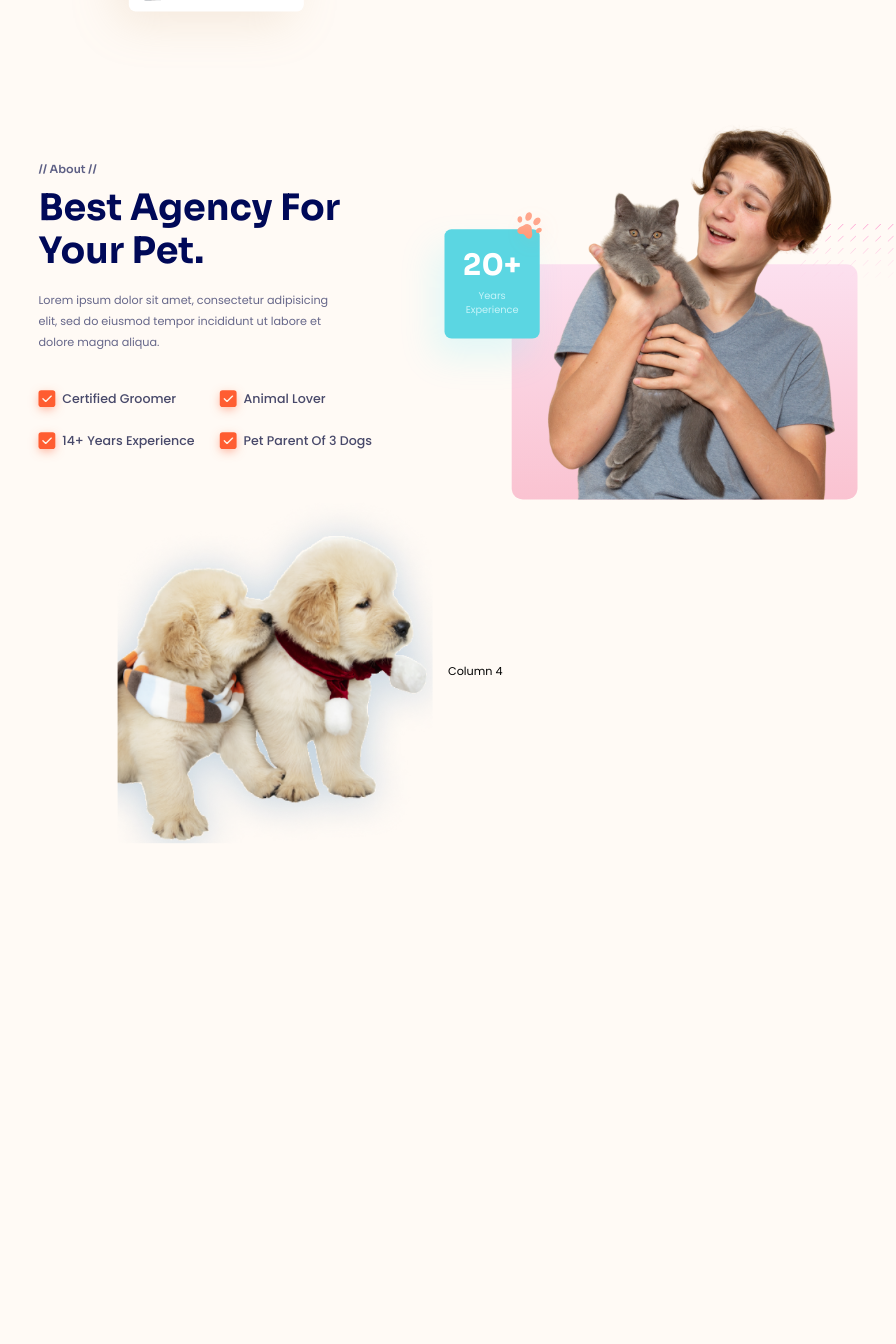
Repository: empty24062002/f8-project-05
Page: index.html
The author's editor kept a copy of each file at every save. The page is drawn from the files as they stood at one save, then again after the next save.
The browser window is 1280 px wide. The pictures show the part of the page from y = 742 to 2662 px (the page is 10896 px tall), at 70% of full size.

Above is the page before, as saved 2023-09-11 10:59:43.

### index.html
<!DOCTYPE html>
<html lang="en">
    <head>
        <meta charset="UTF-8" />
        <meta name="viewport" content="width=device-width, initial-scale=1.0" />
        <title>Lucy</title>
        <!-- favicon -->
        <link
            rel="apple-touch-icon"
            sizes="57x57"
            href="./assets/favicon/apple-icon-57x57.png"
        />
        <link
            rel="apple-touch-icon"
            sizes="60x60"
            href="./assets/favicon/apple-icon-60x60.png"
        />
        <link
            rel="apple-touch-icon"
            sizes="72x72"
            href="./assets/favicon/apple-icon-72x72.png"
        />
        <link
            rel="apple-touch-icon"
            sizes="76x76"
            href="./assets/favicon/apple-icon-76x76.png"
        />
        <link
            rel="apple-touch-icon"
            sizes="114x114"
            href="./assets/favicon/apple-icon-114x114.png"
        />
        <link
            rel="apple-touch-icon"
            sizes="120x120"
            href="./assets/favicon/apple-icon-120x120.png"
        />
        <link
            rel="apple-touch-icon"
            sizes="144x144"
            href="./assets/favicon/apple-icon-144x144.png"
        />
        <link
            rel="apple-touch-icon"
            sizes="152x152"
            href="./assets/favicon/apple-icon-152x152.png"
        />
        <link
            rel="apple-touch-icon"
            sizes="180x180"
            href="./assets/favicon/apple-icon-180x180.png"
        />
        <link
            rel="icon"
            type="image/png"
            sizes="192x192"
            href="./assets/favicon/android-icon-192x192.png"
        />
        <link
            rel="icon"
            type="image/png"
            sizes="32x32"
            href="./assets/favicon/favicon-32x32.png"
        />
        <link
            rel="icon"
            type="image/png"
            sizes="96x96"
            href="./assets/favicon/favicon-96x96.png"
        />
        <link
            rel="icon"
            type="image/png"
            sizes="16x16"
            href="./assets/favicon/favicon-16x16.png"
        />
        <link rel="manifest" href="./assets/favicon/manifest.json" />
        <meta name="msapplication-TileColor" content="#ffffff" />
        <meta
            name="msapplication-TileImage"
            content="./assets/favicon/ms-icon-144x144.png"
        />
        <meta name="theme-color" content="#ffffff" />
        <!-- reset CSS -->
        <link rel="stylesheet" href="./assets/css/reset.css" />
        <!-- embed font -->
        <link rel="preconnect" href="https://fonts.googleapis.com" />
        <link rel="preconnect" href="https://fonts.gstatic.com" crossorigin />
        <link
            href="https://fonts.googleapis.com/css2?family=Poppins:wght@300;400;500;600&family=Sora:wght@600;700;800&display=swap"
            rel="stylesheet"
        />
        <!-- style css -->
        <link rel="stylesheet" href="./assets/css/styles.css" />
    </head>
    <body>
        <!-- header -->
        <header class="header">
            <div class="container">
                <div class="header__inner">
                    <!-- logo -->
                    <a href="#!">
                        <img
                            src="./assets/img/logo.svg"
                            alt="Lucy"
                            class="header__logo"
                        />
                    </a>
                    <!-- navbar -->
                    <nav class="navbar">
                        <ul class="navbar__list">
                            <li class="navbar__item">
                                <a href="#!" class="navbar__link"> Home </a>
                            </li>
                            <li class="navbar__item">
                                <a href="#!" class="navbar__link"> About </a>
                            </li>
                            <li class="navbar__item">
                                <a href="#!" class="navbar__link"
                                    >Services & Rates
                                </a>
                            </li>
                            <li class="navbar__item">
                                <a href="#!" class="navbar__link"> Reviews </a>
                            </li>
                            <li class="navbar__item">
                                <a href="#!" class="navbar__link">
                                    Contacts us
                                </a>
                            </li>
                        </ul>
                    </nav>
                    <!-- header action -->
                    <div class="header-action">
                        <a href="#!" class="header-action__link">Sign in</a>
                        <a href="#!" class="btn header-action__btn">Sign up</a>
                    </div>
                </div>
            </div>
        </header>
        <!-- hero -->
        <section class="hero">
            <div class="container">
                <div class="hero__inner">
                    <!-- hero media -->
                    <div class="hero__media">
                        <div class="hero__img-wrap">
                            <img
                                src="./assets/img/hero__img1.png"
                                alt=""
                                class="hero__img"
                            />

                            <!-- Decorators -->
                            <img
                                src="./assets/img/decor__01.svg"
                                alt=""
                                class="hero__decor hero__decor-left"
                            />
                            <img
                                src="./assets/img/decor__02.svg"
                                alt=""
                                class="hero__decor hero__decor-right"
                            />
                        </div>
                        <div class="hero__img-wrap hero__img-wrap-small">
                            <img
                                src="./assets/img/hero__img2.png"
                                alt=""
                                class="hero__img"
                            />
                        </div>

                        <div class="hero__list">
                            <!-- hero list item 1 -->
                            <section class="hero-list-item">
                                <img
                                    src="./assets/img/hero__img3.png"
                                    alt=""
                                    class="hero-list-item__thump"
                                />
                                <div class="hero-list-item__info">
                                    <p class="hero-list-item__title">
                                        Pet Health
                                    </p>
                                    <div class="hero-list-item__skeleton"></div>
                                    <div
                                        class="hero-list-item__skeleton"
                                        style="--width: 39px"
                                    ></div>
                                </div>
                            </section>

                            <div class="hero-list-item__separate"></div>
                            <!-- hero list item 2 -->
                            <section class="hero-list-item">
                                <img
                                    src="./assets/img/hero__img4.png"
                                    alt=""
                                    class="hero-list-item__thump"
                                />
                                <div class="hero-list-item__info">
                                    <p class="hero-list-item__title">
                                        Pet care
                                    </p>
                                    <div class="hero-list-item__skeleton"></div>
                                    <div
                                        class="hero-list-item__skeleton"
                                        style="--width: 39px"
                                    ></div>
                                </div>
                            </section>
                        </div>
                    </div>
                    <!-- hero content -->
                    <section class="hero__content">
                        <h1 class="hero__heading">
                            Established & Trusted Pet Care Service
                        </h1>
                        <p class="hero__desc">
                            Discover a wide variety of Pawsitive services to
                            choose from, including daycare, private walks,
                            office duty and spa.
                        </p>
                        <div class="hero__row">
                            <a href="#!" class="btn btn--primary hero__cta-btn">
                                Book a Meet
                                <span class="btn__icon">
                                    <svg
                                        width="5"
                                        height="6"
                                        viewBox="0 0 5 6"
                                        fill="none"
                                        xmlns="http://www.w3.org/2000/svg"
                                    >
                                        <path
                                            d="M1.48584 0.5L3.98584 3L1.48584 5.5"
                                            stroke="#FD5056"
                                            stroke-linecap="round"
                                            stroke-linejoin="round"
                                        />
                                    </svg>
                                </span>
                            </a>
                            <a href="#!" class="hero__cta-link">
                                Schedule a Call
                            </a>
                        </div>
                    </section>
                </div>
            </div>
        </section>
        <main style="height: 10000px">
            <!-- about -->
            <section class="about">
                <div class="container">
                    <div class="about__inner">
                        <section class="about__content">
                            <p class="about__lable">// About //</p>
                            <h2 class="about__heading section-heading">
                                Best Agency For Your Pet.
                            </h2>
                            <p class="about__desc section-desc">
                                Lorem ipsum dolor sit amet, consectetur
                                adipisicing elit, sed do eiusmod tempor
                                incididunt ut labore et dolore magna aliqua.
                            </p>
                            <div class="about__checklist">
                                <span class="about__check-item">
                                    Certified Groomer
                                </span>
                                <span class="about__check-item">
                                    Animal Lover
                                </span>
                                <span class="about__check-item">
                                    14+ Years Experience
                                </span>
                                <span class="about__check-item">
                                    Pet Parent Of 3 Dogs
                                </span>
                            </div>
                        </section>
                        <div class="about__media">
                            <!-- About card -->
                            <div class="about__card">
                                <b class="about__card-title">20+</b>
                                <p class="about__card-desc">Years Experience</p>
                                <img
                                    src="./assets/img/about-decor1.svg"
                                    alt=""
                                    class="about__card-decor"
                                />
                            </div>
                            <!-- About img wrapper -->
                            <figure class="about__img-wrap">
                                <img
                                    src="./assets/img/about-img1.png"
                                    alt=""
                                    class="about__img"
                                />
                            </figure>
                            <img
                                src="./assets/img/about-decor2.svg"
                                alt=""
                                class="about__media-decor"
                            />
                        </div>
                        <div class="about__media">
                            <figure
                                class="about__img-wrap about__img-wrap-bottom"
                            >
                                <img
                                    src="./assets/img/about-img2.png"
                                    alt=""
                                    class="about__img"
                                />
                            </figure>
                        </div>
                        <section class="about__content">Column 4</section>
                    </div>
                </div>
            </section>
        </main>
    </body>
</html>

### assets/css/styles.css
* {
    box-sizing: border-box;
}

:root {
    --primary-color: #ff5b2e;
}

html {
    font-size: 62.5%;
}

body {
    font-size: 1.6rem;
    font-family: "Poppins", sans-serif;
    background: #fffaf5;
}

/* common */

h1,
h2,
h3,
h4,
h5,
h6 {
    font-family: "Sora", sans-serif;
}

input,
textarea,
select,
button {
    font-size: inherit;
    font-family: inherit;
}

a {
    text-decoration: none;
}

.container {
    width: 1170px;
    max-width: calc(100% - 48px);
    margin: 0 auto;
}

.btn {
    --height: 56px;

    display: inline-flex;
    align-items: center;
    justify-content: center;
    min-width: 130px;
    height: var(--height);
    line-height: var(--height);
    border: 1px solid rgb(0, 9, 88, 0.7);
    border-radius: 99px;
    color: #000958;
    text-align: center;
    font-size: 1.4rem;
    font-weight: 600;
}

.btn:hover {
    opacity: 0.8;
    cursor: pointer;
}

.btn--primary {
    background: var(--primary-color);
    color: #fff;
    border-color: var(--primary-color);
}

.btn__icon {
    display: flex;
    justify-content: center;
    align-items: center;
    margin-left: 10px;
    width: 20px;
    height: 20px;
    border-radius: 50%;
    background-color: #fff;
    box-shadow: 4px 3px 10px -1px rgba(191, 41, 0, 0.4);
}

.section-heading {
    color: #000958;
    font-family: "Sora", sans-serif;
    font-size: 5.2rem;
    font-weight: 700;
    line-height: 1.19;
}

.section-desc {
    margin-top: 24px;
    color: #656689;
    font-size: 1.6rem;
    font-weight: 400;
    line-height: 1.87; /* 187.5% */
}

/* header */
.header {
    padding: 26px 0;
}

.header__inner {
    display: flex;
    justify-content: space-between;
    align-items: center;
}

.navbar__list {
    display: flex;
}

.navbar__link,
.header-action__link {
    padding: 8px 18px;
    color: #5e6085;
    font-size: 1.4rem;
    font-weight: 500;
    line-height: 1; /* 100% */
}

.navbar__link:hover {
    color: #000958;
    text-shadow: 1px 0 0 currentColor;
}

.header-action__btn {
    --height: 50px;

    min-width: 117px;
}

/* hero */
.hero {
    margin-top: 74px;
}

.hero__inner {
    display: flex;
    justify-content: space-between;
    align-items: center;
    column-gap: 120px;
}

.hero__media {
    display: flex;
    position: relative;
    padding-bottom: 94px;
}

.hero__img-wrap {
    position: relative;
    display: flex;
    justify-content: center;
    align-items: flex-end;
    width: 388px;
    height: 488px;
    border: 3px solid #fff;
    border-radius: 16px;
    background: #fe997b;
}

.hero__img {
    max-width: 100%;
    max-height: 100%;
    border-radius: inherit;
}

.hero__decor {
    position: absolute;
    z-index: -1;
}

.hero__decor-left {
    left: -58px;
    bottom: 10px;
}

.hero__decor-right {
    top: 16px;
    right: -43px;
}

.hero__img-wrap-small {
    align-self: flex-end;
    width: 186px;
    height: 244px;
    margin: 0 0 -58px -24px;
    border: 2px solod #f7dddf;
    background: #faa7ad;
}

.hero__list {
    position: absolute;
    left: 129px;
    bottom: 0;
    width: 250px;
    height: 156px;
    padding: 18px 14px;
    border-radius: 10px;
    background: #fff;
    box-shadow: -17px 14px 68px -4px rgba(207, 174, 132, 0.25);
}

.hero-list-item {
    display: flex;
    align-items: center;
}

.hero-list-item:nth-of-type(2) .hero-list-item__thump {
    background-color: #c6e2fa;
}

.hero-list-item__thump {
    width: 40px;
    height: 40px;
    border-radius: 10px;
    object-fit: cover;
    background: #fec23f;
}

.hero-list-item__info {
    margin-left: 10px;
}

.hero-list-item__title {
    color: #181e52;
    font-family: "Sora", sans-serif;
    font-size: 1.4rem;
    font-weight: 600;
    line-height: 1;
}

.hero-list-item__separate {
    margin: 20px 0;
    width: 100%;
    height: 2px;
    background: #f2f2f2;
}

.hero-list-item__skeleton {
    margin-top: 6px;
    width: var(--width, 118px);
    height: 4px;
    border-radius: 10px;
    opacity: 0.08;
    background: #000958;
}

.hero__heading {
    color: #000958;
    font-size: 6.6rem;
    font-weight: 800;
    line-height: 1.15; /* 115.152% */
}

.hero__desc {
    width: 391px;
    margin-top: 24px;
    color: #656689;
    font-size: 1.6rem;
    font-weight: 400;
    line-height: 1.88;
}

.hero__row {
    display: flex;
    align-items: center;
    margin-top: 38px;
}

.hero__cta-btn {
    --height: 60px;

    min-width: 190px;
    font-size: 1.6rem;
    box-shadow: 0px 13px 26px -8px rgba(255, 91, 46, 0.42);
}

.hero__cta-link {
    margin-left: 24px;
    color: #000958;
    font-size: 1.6rem;
    font-weight: 500;
    line-height: 1;
    text-decoration: underline;
}
/* about */
.about {
    margin-top: 138px;
    padding: 8px 0;
}

.about__inner {
    display: grid;
    grid-template-columns: 1fr 1fr;
    align-items: center;
}

.about__lable {
    color: #5e6085;
    font-family: "Sora", sans-serif;
    font-size: 1.6rem;
    font-weight: 600;
    line-height: 1;
}

.about__heading {
    margin-top: 15px;
}

.about__heading,
.about__desc {
    width: 444px;
}

.about__checklist {
    display: grid;
    grid-template-columns: auto auto;
    justify-content: flex-start;
    gap: 36px;
    margin-top: 54px;
}

.about__check-item {
    position: relative;
    display: flex;
    align-items: center;
    column-gap: 10px;
    color: #48496a;
    font-size: 1.8rem;
    font-weight: 500;
    line-height: 1;
}

.about__check-item::before {
    content: "";
    display: inline-block;
    width: 24px;
    height: 24px;
    background: #ff5d31;
    box-shadow: 0px 4px 15px -3px #ff5d31b0;
    border-radius: 4px;
}

.about__check-item::after {
    content: url(../icons/check-item.svg);
    position: absolute;
    top: 2px;
    left: 5px;
}

.about__media {
    position: relative;
}

.about__card {
    position: absolute;
    width: 136px;
    top: 165px;
    left: -5px;
    padding: 30px 26px;
    text-align: center;
    border-radius: 10px;
    background: #5bd6e2;
    box-shadow: -15px 26px 48px 0px rgba(85, 240, 255, 0.17);
}

.about__card-title {
    color: #fff;
    font-family: "Sora", sans-serif;
    font-size: 4.2rem;
    font-weight: 700;
    line-height: 1;
}

.about__card-desc {
    margin-top: 14px;
    color: #c6f4f9;
    font-size: 1.4rem;
    font-weight: 400;
    line-height: 1.42;
}

.about__card-decor {
    position: absolute;
    top: -40px;
    right: -32px;
}

.about__img-wrap {
    position: relative;
    width: 494px;
    margin-left: auto;
}

.about__img-wrap::after {
    position: absolute;
    content: "";
    height: 336px;
    inset: auto 0 0 0;
    border-radius: 16px;
    background: linear-gradient(180deg, #fce0ef 0%, #fac3d1 100%);
    z-index: -1;
}

.about__img {
    display: block;
    margin: 0 auto;
    width: 450px;
}

.about__media-decor {
    position: absolute;
    top: 157px;
    right: -52px;
    z-index: -1;
}

.about__img-wrap-bottom::after {
    content: none;
}

Loaded but not shown: assets/css/reset.css (common file)

After the next save:
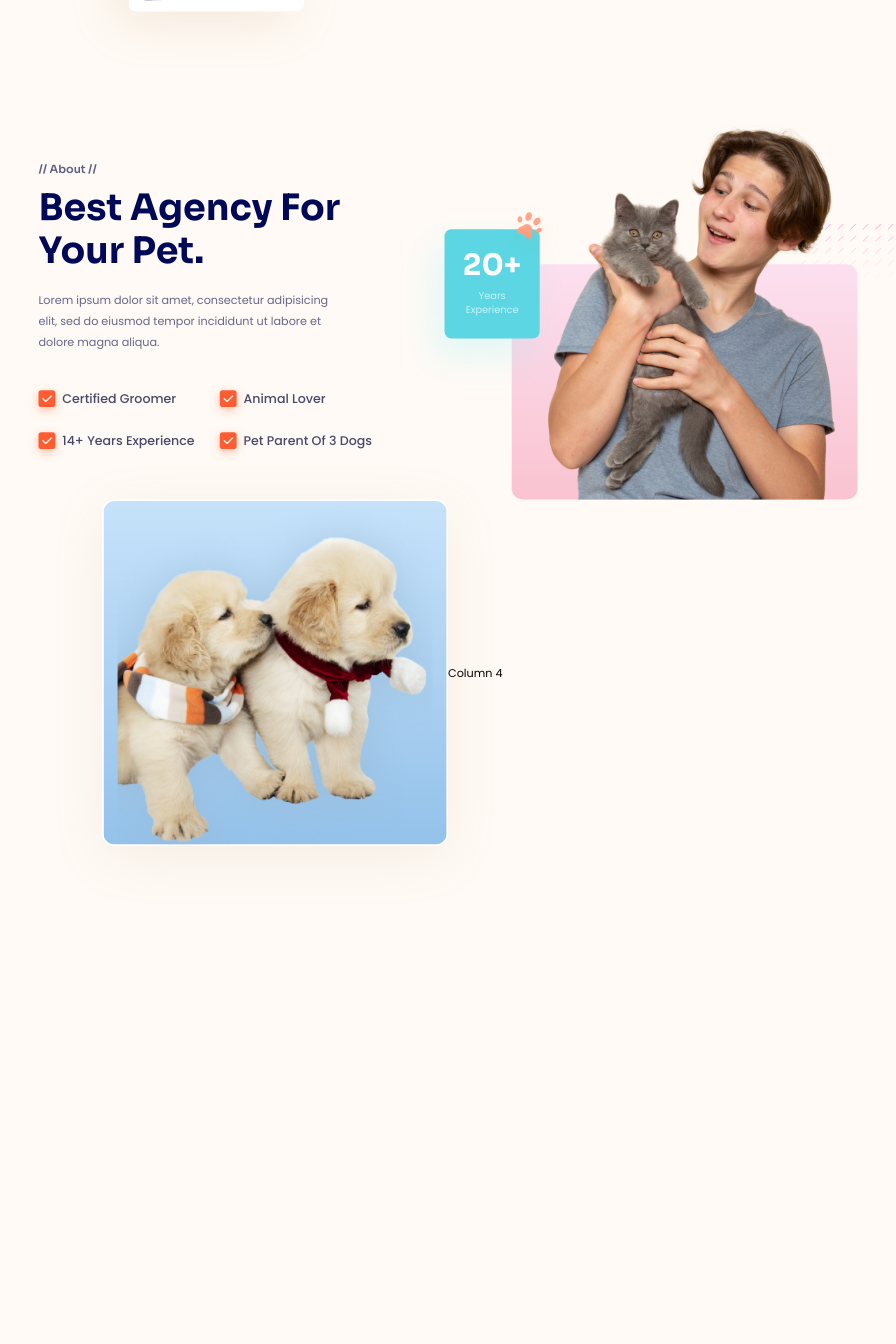
Saved 50 s later.
--- a/assets/css/styles.css
+++ b/assets/css/styles.css
@@ -423,6 +423,13 @@ a {
     z-index: -1;
 }
 
+.about__img-wrap-bottom {
+    border-radius: 18px;
+    border: 2px solid #fff;
+    background: linear-gradient(180deg, #c6e2fa 0%, #94c2ea 100%);
+    box-shadow: 0px 17px 77px -8px rgba(190, 165, 139, 0.17);
+}
+
 .about__img-wrap-bottom::after {
     content: none;
 }
